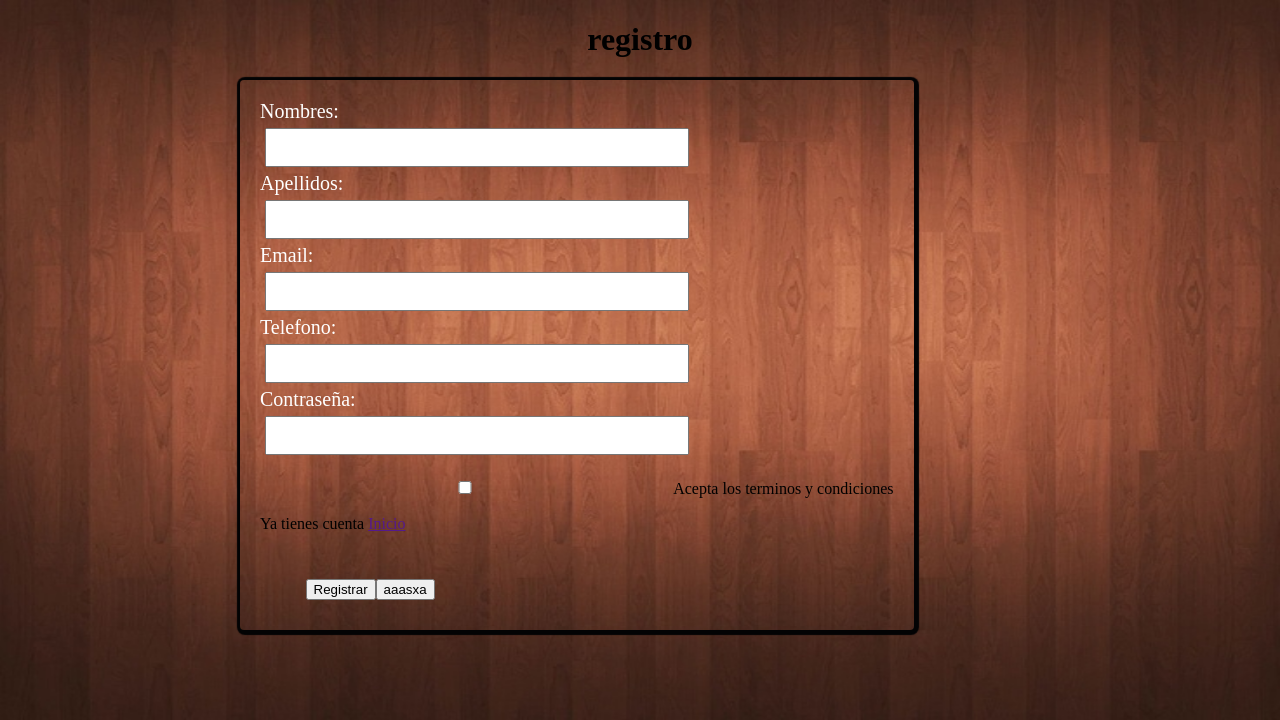
Repository: ye909/aplicacion_restaurante
Page: public/templeis/registro.html
These files come from the project's save history. The page is drawn as it stood at one moment and after the next save; the edit follows.
The browser window is 1280 px wide. The pictures show the whole page.

Above is the page before, as saved 2024-11-12 21:49:31.

After the next save:
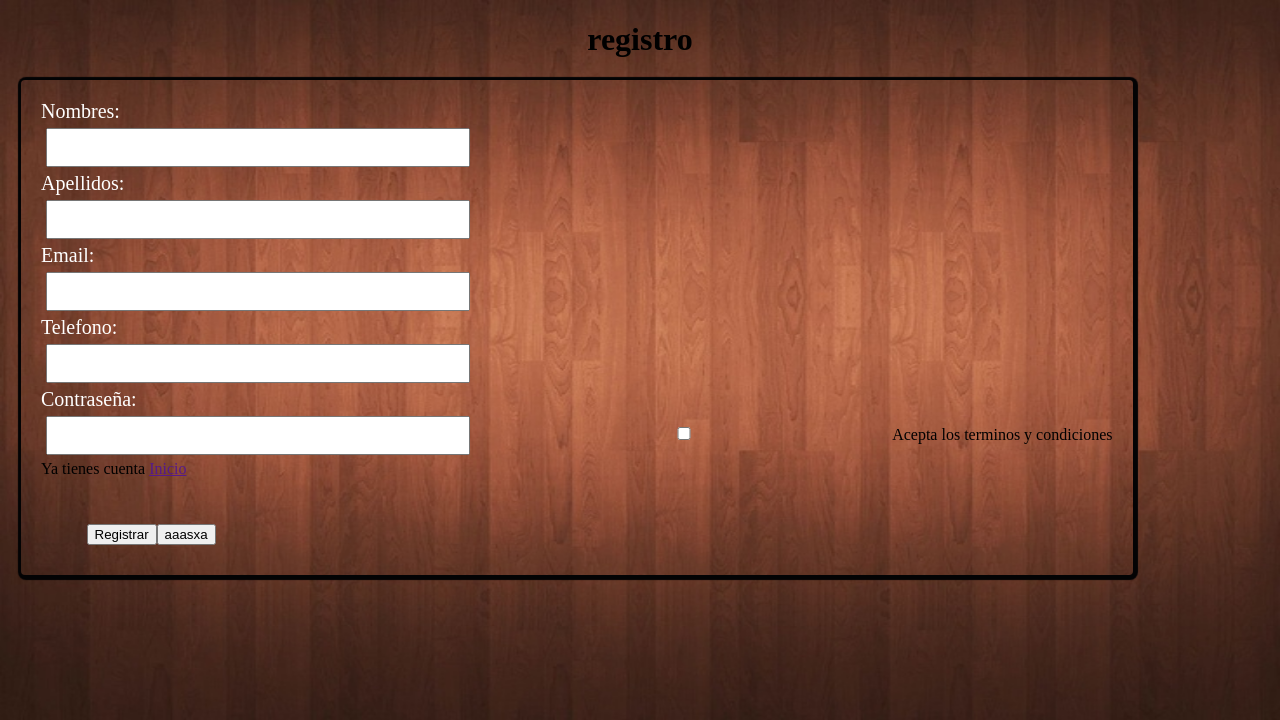
Saved 8 s later.
--- a/public/templeis/registro.html
+++ b/public/templeis/registro.html
@@ -24,7 +24,7 @@
             <br>
             <label for="password">Contraseña:</label><br>
             <input type="password" id="password" name="password">
-            <p><input type="checkbox"> Acepta los terminos y condiciones</p>
+            <input type="checkbox"> Acepta los terminos y condiciones
             <div> </div>
            <div> Ya tienes cuenta <a href="">Inicio</a></div>
             <br><br>
